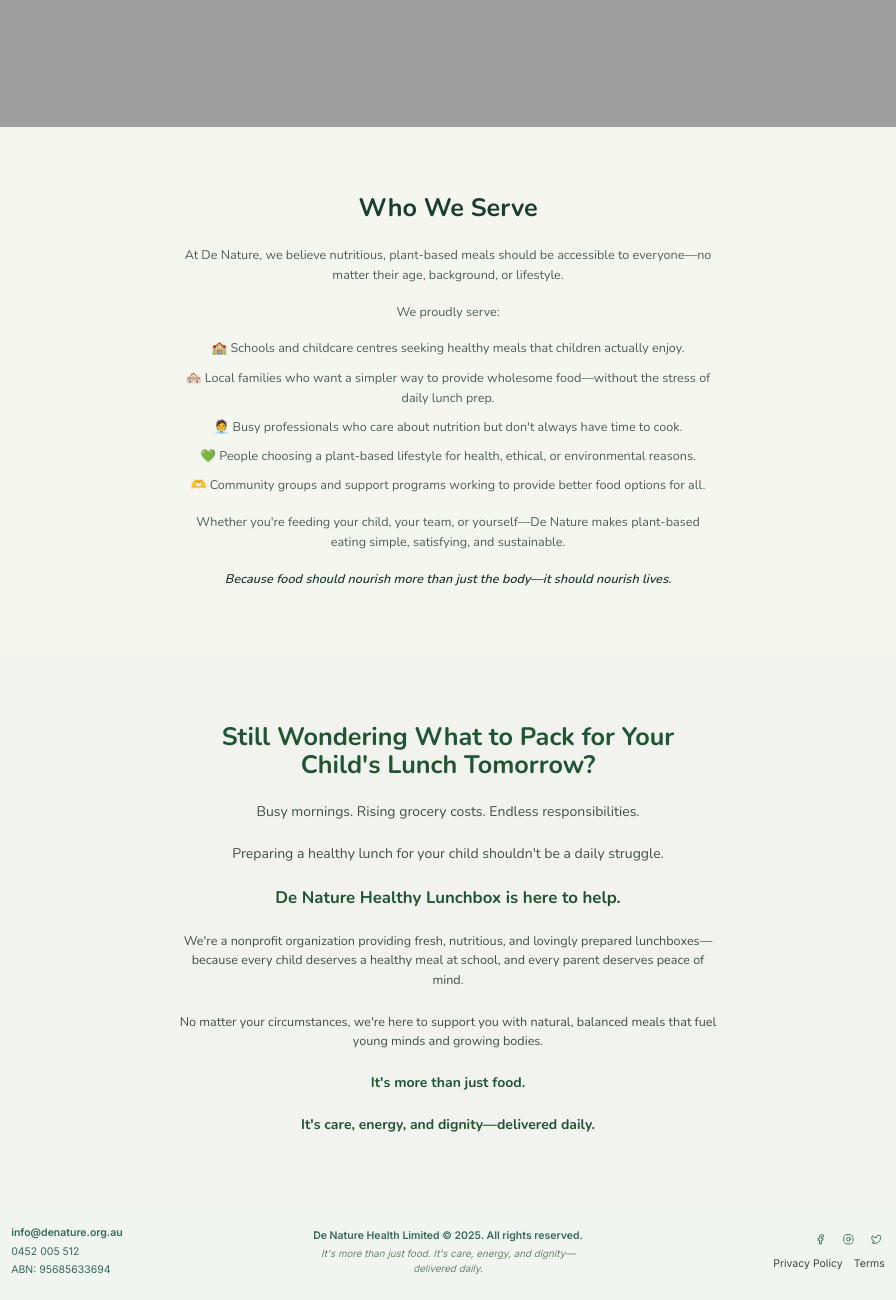
Repository: sunnyyan01/denature-website
Page: /
These files come from the project's save history. The page is drawn as it stood at one moment and after the next save; the edit follows.
The browser window is 1280 px wide. The pictures show the part of the page from y = 579 to 2499 px (the page is 2436 px tall before and 2792 px after), at 70% of full size.
Pictures or frames that could not be fetched are drawn as grey boxes. The project was rebuilt for these pictures with package versions that can differ from the ones it lists, and the page was loaded fresh each time. The framework's server and built-in components were replaced by stand-ins that run in the browser. Also part of the build but not shown: next.config.js.

Above is the page before, as saved 2025-05-16 16:31:01.

After the next save:
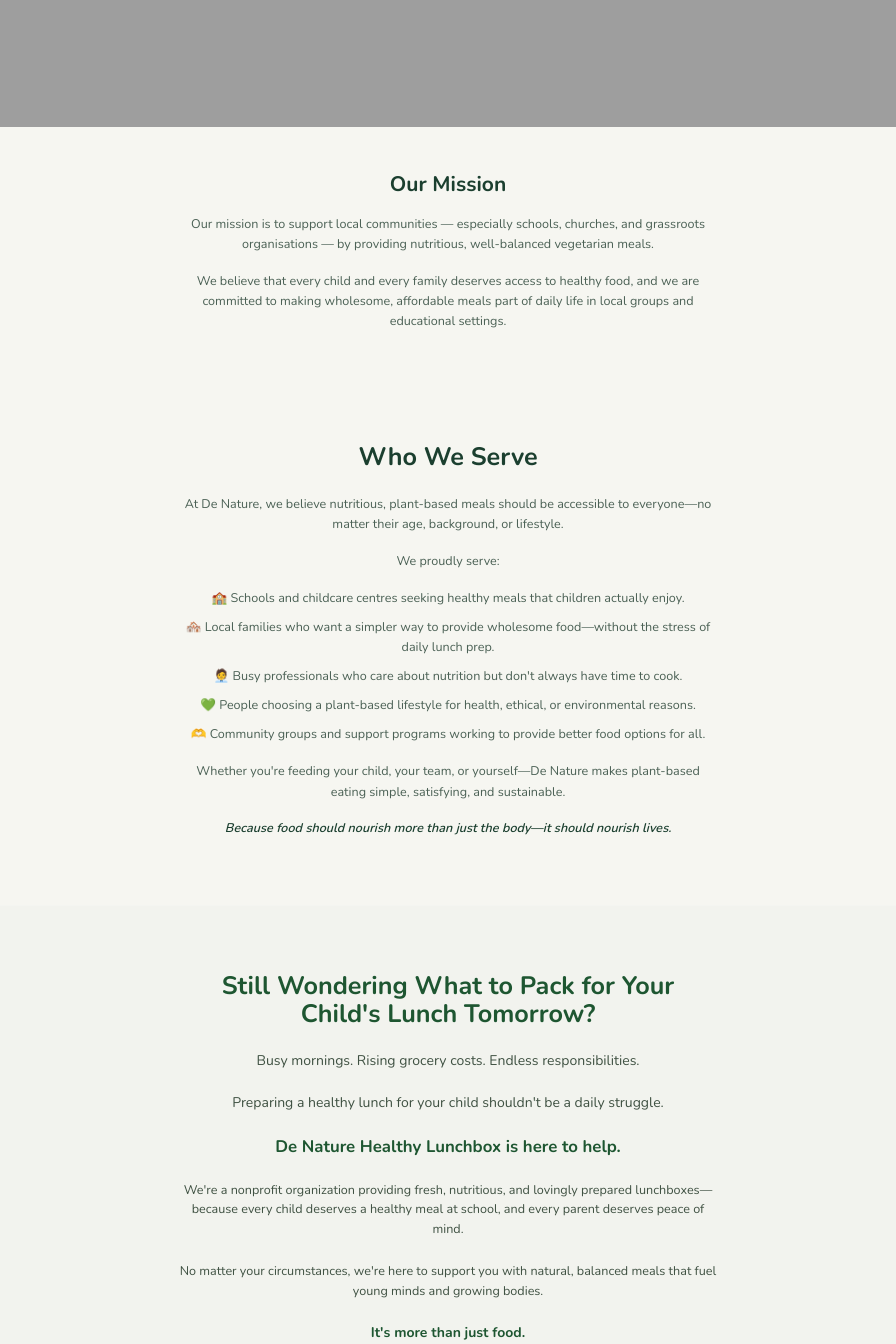
Saved 5 min 42 s later.
--- a/src/app/page.tsx
+++ b/src/app/page.tsx
@@ -38,6 +38,21 @@
         <div className="relative container mx-auto px-4 h-screen flex items-start pt-32">
           <div className="max-w-6xl mx-auto w-full pt-8 flex flex-col items-center">
             {/* Hero 按钮组整体下移，紧贴黑色文字下方，居中显示 */}
+          </div>
+        </div>
+      </section>
+
+      {/* Our Mission Section (新加) */}
+      <section className="py-16" style={{ background: '#F6F6F1' }}>
+        <div className="max-w-3xl mx-auto px-4 text-center">
+          <h2 className="text-2xl md:text-3xl font-bold mb-6 font-heading" style={{ color: '#1B3F2F' }}>Our Mission</h2>
+          <div className="space-y-6 text-lg leading-relaxed" style={{ color: '#4B6155' }}>
+            <p>
+              Our mission is to support local communities — especially schools, churches, and grassroots organisations — by providing nutritious, well-balanced vegetarian meals.
+            </p>
+            <p>
+              We believe that every child and every family deserves access to healthy food, and we are committed to making wholesome, affordable meals part of daily life in local groups and educational settings.
+            </p>
           </div>
         </div>
       </section>
